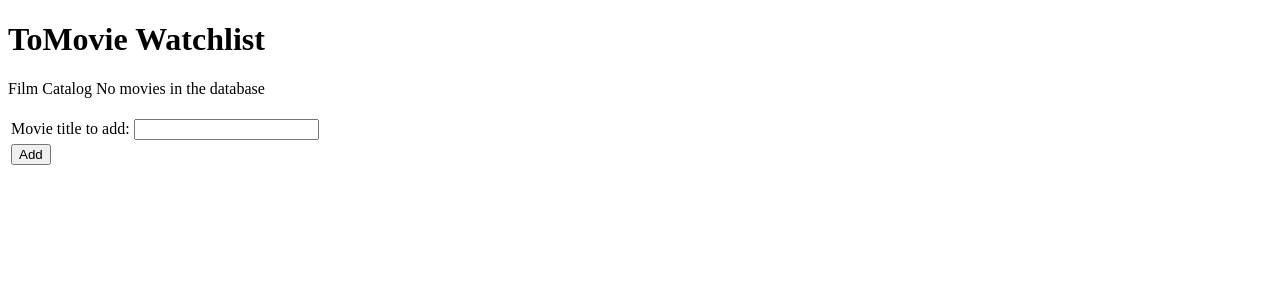
Repository: dannie-su-sjsu/CS157A-team6
Page: http://localhost/ToMovie/movie.jsp
These files come from the project's save history. The page is drawn as it stood at one moment and after the next save; the edit follows.
The browser window is 1280 px wide. The pictures show the whole page.
The page is served by Tomcat 9. Other server files are loaded and not shown. Queries for data that is not in the repository find no rows.

Above is the page before, as saved 2023-07-16 03:23:33.

### ToMovie/src/main/webapp/movie.jsp
<%@ page language="java" contentType="text/html; \charset=UTF-8"
	pageEncoding="UTF-8"%>
<%@ page import = "java.sql.*"%>
<!DOCTYPE html>
<html>
<head>
<meta charset="UTF-8">
<title>MovieList</title>
</head>
<body>
<div align = left>
<h1>ToMovie Watchlist</h1>
</div>
Film Catalog
<%
try{
	//establishing connection with MySQL database
	Class.forName("com.mysql.cj.jdbc.Driver");
	Connection con = DriverManager.getConnection("jdbc:mysql://localhost:3306/cs157aprojectteam6","root","Halo4mlg!");

	//*** DISPLAYING MOVIE TABLE ***///
	//check if Movie table is empty
	PreparedStatement display = con.prepareStatement("SELECT * FROM cs157aprojectteam6.Movie");
	ResultSet showDisplay = display.executeQuery();
	if(showDisplay.next()==false){
		out.println("No movies in the database");
	}
	else{%>
		<table>
		<tr><th>ToMovie ID</th><th>Title</th><th>Year</th></tr> <%
		do
		{ %>
			<tr><td><%= showDisplay.getString(1) %></td><td><%= showDisplay.getString(2) %></td><td><%= showDisplay.getString(3) %></td></tr><%
		}while(showDisplay.next());%>
		</table><%
	}
}
catch(Exception e){
	e.getStackTrace();
}
%>

<%//*** ADDING FILMS FUNCTION ***///%>
<form action ="MovieServlet" method="post">
<table>
<br>
<tr><td> Movie title to add: </td><td><input type = text name = title></td></tr>
<tr><td><input type = submit value = Add></td></tr>
</table>
</form>
</body>
</html>

After the next save:
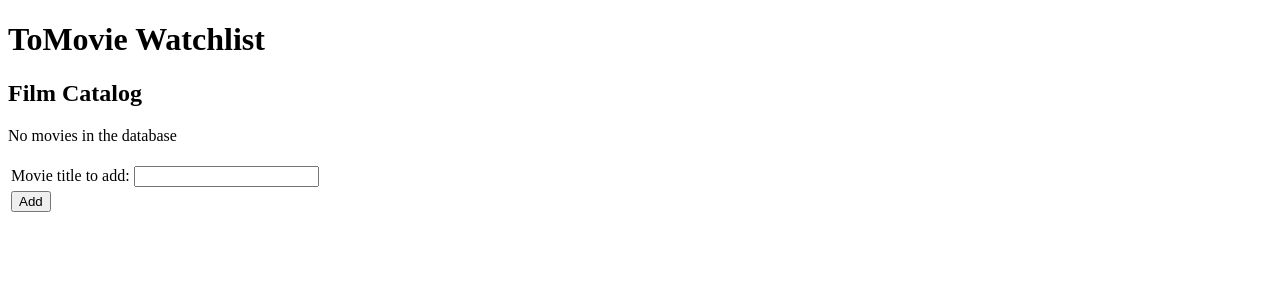
Saved 37 s later.
--- a/ToMovie/src/main/webapp/movie.jsp
+++ b/ToMovie/src/main/webapp/movie.jsp
@@ -10,8 +10,9 @@
 <body>
 <div align = left>
 <h1>ToMovie Watchlist</h1>
+<h2>Film Catalog</h2>
 </div>
-Film Catalog
+
 <%
 try{
 	//establishing connection with MySQL database
